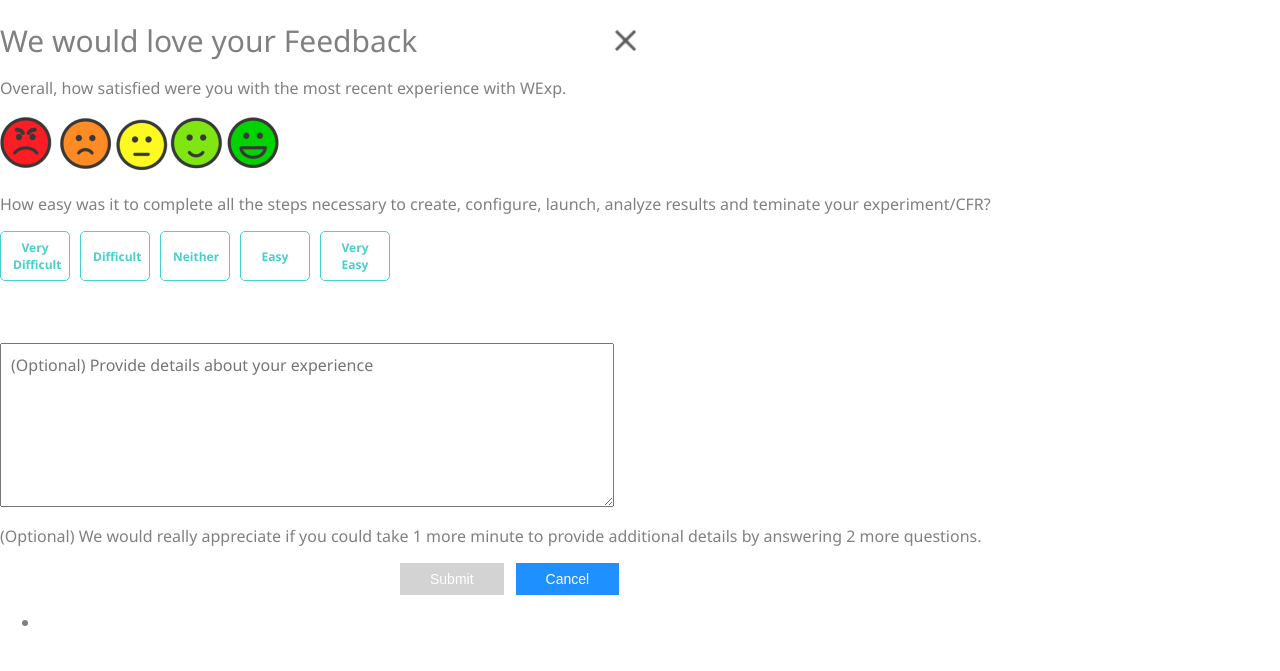
Repository: msfinnan/react-mobx-feedback-form
Page: /
The author's editor kept a copy of each file at every save. The page is drawn from the files as they stood at one save, then again after the next save.
The browser window is 1280 px wide. The pictures show the whole page.
The project was rebuilt for these pictures with package versions that can differ from the ones it lists, and the page was loaded fresh each time.

Above is the page before, as saved 2019-08-26 17:04:29.

After the next save:
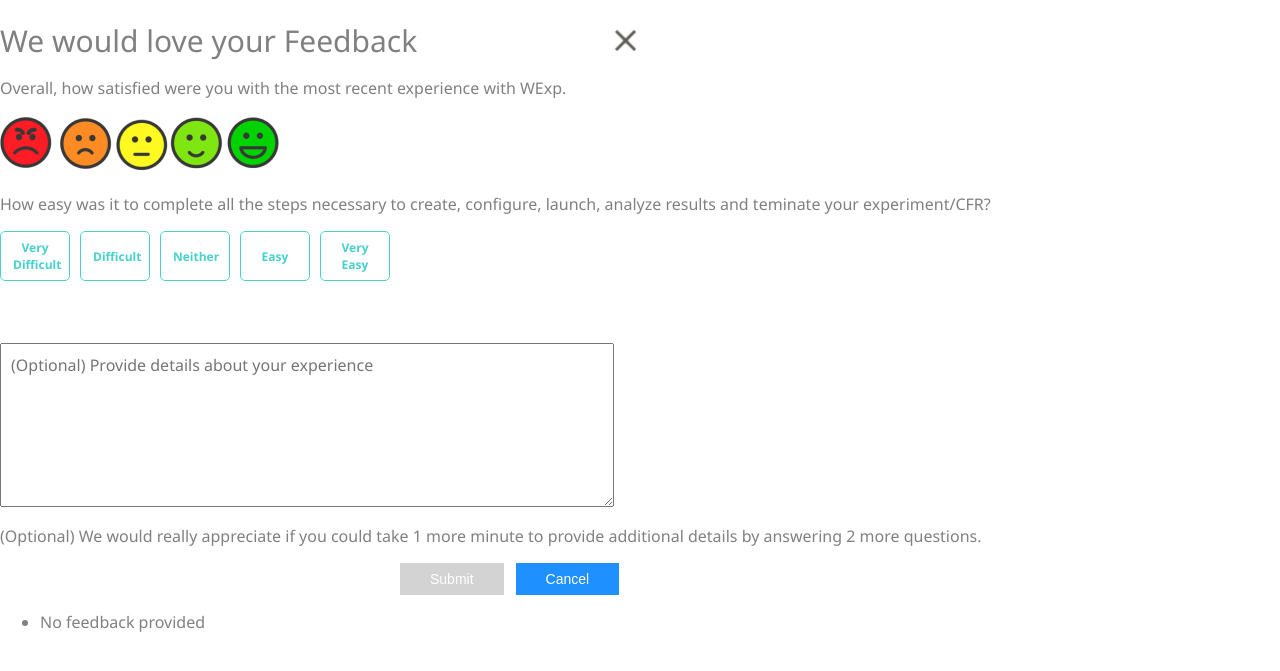
Saved 78 s later.
--- a/src/App.tsx
+++ b/src/App.tsx
@@ -15,14 +15,16 @@ class App extends React.Component<{}, {}> {
 
   // const closeButton = require('./images/close_button.PNG');
 
-  // private handleSubmitEvent = (event: React.FormEvent<HTMLFormElement>): void => {
-  //   let bodyTextInput = this.getTextAreaName();
-  //   this.feedbackText = (event.target as any).bodyTextInput.value;
-  // }
+
 
   private myCallBack = (dataFromChild: string, event: any): string => {
     // let bodyTextInput: string = dataFromChild;
     return this.feedbackText = (event.target as any).dataFromChild.value;
+  }
+
+  private handleSubmitEvent = (event: React.FormEvent<HTMLFormElement>): void => {
+    let bodyTextInput = this.myCallBack;
+    this.feedbackText = (event.target as any).bodyTextInput.value;
   }
 
   public render() {
@@ -35,7 +37,7 @@ class App extends React.Component<{}, {}> {
           <img className="close-button" src={require('./images/close_button.PNG')} alt="close button" />
         </div>
 
-        {/* <form onSubmit={event => this.handleSubmitEvent(event)}> */}
+        <form onSubmit={event => this.handleSubmitEvent(event)}>
           <BodyText text="Overall, how satisfied were you with the most recent experience with WExp." />
           <EmojiCollection />
           <BodyText text="How easy was it to complete all the steps necessary to create, configure, launch, analyze results and teminate your experiment/CFR?" />
@@ -43,10 +45,10 @@ class App extends React.Component<{}, {}> {
           <CommentBox text="(Optional) Provide details about your experience" callbackFromParent={this.myCallBack} commentBoxClassName="experince-details-textbox"/>
           <BodyText text="(Optional) We would really appreciate if you could take 1 more minute to provide additional details by answering 2 more questions."/>
           <SubmissionButtonCollection />
-        {/* </form> */}
+        </form>
 
         <ul>
-          <li>{this.myCallBack}</li>
+          <li>{this.feedbackText}</li>
         </ul>
 
 
